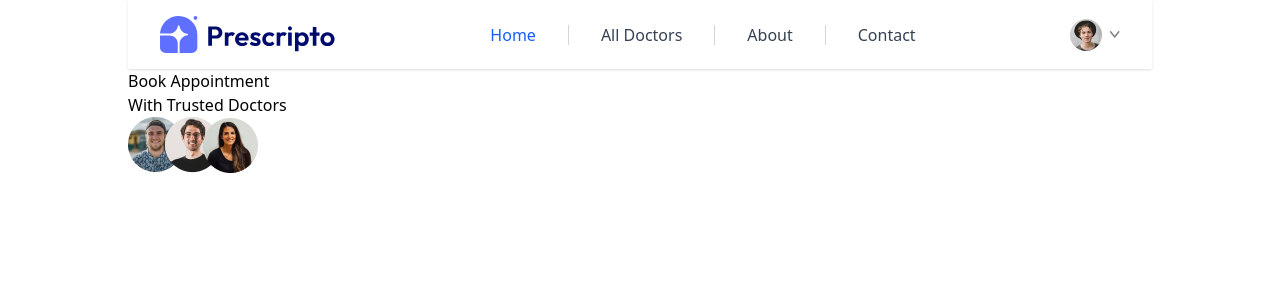
Repository: Pran2535/appointement_booking
Page: / (app in frontend/)
An editor plug-in stored every save of this project. The page is shown before and after the next save, followed by the edit.
The browser window is 1280 px wide. The pictures show the whole page.
The project was rebuilt for these pictures with package versions that can differ from the ones it lists, and the page was loaded fresh each time. Also part of the build but not shown: frontend/vite.config.js, frontend/src/pages/About.jsx, frontend/src/pages/MyAppointments.jsx, frontend/src/pages/Doctors.jsx, frontend/src/pages/Login.jsx, frontend/src/pages/Contact.jsx, frontend/src/pages/MyProfile.jsx, frontend/src/pages/Appointment.jsx.

Above is the page before, as saved 2025-02-16 20:50:04.

### frontend/index.html
<!doctype html>
<html lang="en">
  <head>
    <meta charset="UTF-8" />
    <link rel="icon" type="image/svg+xml" href="/vite.svg" />
    <meta name="viewport" content="width=device-width, initial-scale=1.0" />
    <title>Mishra healthcare</title>
  </head>
  <body>
    <div id="root"></div>
    <script type="module" src="/src/main.jsx"></script>
  </body>
</html>

### frontend/src/main.jsx
import { StrictMode } from 'react'
import { createRoot } from 'react-dom/client'
import './index.css'
import App from './App.jsx'
import { BrowserRouter } from 'react-router-dom'

createRoot(document.getElementById('root')).render(
<BrowserRouter>
    <App />
  </BrowserRouter>,
)

### frontend/src/App.jsx
import React from 'react'
import { Route, Routes } from 'react-router-dom'
import Home from './pages/Home'
import About from './pages/About'
import MyAppointments from './pages/MyAppointments'
import Doctors from './pages/Doctors'
import Login from './pages/Login'
import Contact from './pages/Contact'
import MyProfile from './pages/MyProfile'
import Appointment from './pages/Appointment'
import Navbar from './components/Navbar'

const App = () => {
  return (
    <div className='mx-4 sm:mx-[10%]'>
      <Navbar/>{ /* mounted navbar component before routes so that it gets displayed over the all routes */}
      <Routes>
        <Route path='/' element={<Home />} />
        <Route path='/about' element={<About />} />
        <Route path='/my-appointments' element={<MyAppointments />} />
        <Route path='/doctors' element={<Doctors/>}/>
        <Route path='/doctors/:speciality' element={<Doctors/>}/>
        <Route path ='/login' element={<Login/>}/>
        <Route path='/contact' element={<Contact/>}/>
        <Route path ='/my-profile' element={<MyProfile/>}/>
        <Route path ='/appointments/:docId' element={<Appointment/>}/>
      </Routes>
    </div>
  )
}

export default App

### frontend/src/pages/Home.jsx
import React from 'react'
import Header from '../components/Header'

const Home = () => {
  return (
    <div>
      <Header/>
    </div>
  )
}

export default Home

### frontend/src/components/Navbar.jsx
import React, { useState } from 'react'
import { NavLink, useNavigate } from 'react-router-dom'
import { assets } from '../assets/assets'

const links = [
  { to: '/', label: 'Home' },
  { to: '/doctors', label: 'All Doctors' },
  { to: '/about', label: 'About' },
  { to: '/contact', label: 'Contact' }
]

const Navbar = () => {
  const navigate = useNavigate();
  const [showMenu, setShowMenu]=useState(false);
  const [token,setToken]=useState(true);


  return (
    <nav className="sticky top-0 bg-white shadow-sm z-50">
      <div className="max-w-7xl mx-auto px-4 sm:px-6 lg:px-8 py-4 flex items-center justify-between">
        {/* Logo */}
        <div className="flex-shrink-0">
          <img
            className="w-32 md:w-40 lg:w-44 h-auto cursor-pointer transition-transform hover:scale-105"
            src={assets.logo}
            alt="Company Logo"
          />
        </div>

        {/* Navigation Links */}
        <div className="hidden md:block">
          <ul className="flex items-center space-x-8">
            {links.map((l, i) => (
              <React.Fragment key={l.to}>
                <NavLink
                  to={l.to}
                  className={({ isActive }) =>
                    `font-medium transition-colors duration-200 hover:text-blue-600 ${
                      isActive ? 'text-blue-600' : 'text-gray-700'
                    }`
                  }
                >
                  {l.label}
                </NavLink>
                {i < links.length - 1 && (
                  <div className="h-5 w-px bg-gray-300" aria-hidden="true" />
                )}
              </React.Fragment>
            ))}
          </ul>
        </div>

        {/* CTA Button */}
        <div className="flex items-center gap-4">
            {
                token?
                <div className='flex items-center gap-2 cursor-pointer group relative' >
                    <img className='w-8 rounded-full' src={assets.profile_pic} alt="" />
                    <img className='w-2.5 ' src={assets.dropdown_icon} alt="" />
                    <div className='absolute top-0 right-0 pt-14 text-base font-medium text-gray-600 z-20 hidden group-hover:block'>
                        <div className='min-w-48 bg-stone-100 rounded flex flex-col gap-4 p-4'>
                            <p onClick={()=>navigate('/my-appointments')} className='hover:text-black cursor-pointer'>My Appointments</p>
                            <p onClick={()=>navigate('/my-profile')} className='hover:text-black cursor-pointer'>My Profile</p>
                            <p onClick={()=>setToken(false)} className='hover:text-black cursor-pointer'>Logout</p>
                        </div>
                    </div>
                </div>

                :
                 <button
            onClick={() => navigate('/login')}
            className="hidden cursor-pointer md:block bg-blue-600 hover:bg-blue-700 text-white px-6 py-3 rounded-full font-semibold transition-colors duration-200 focus:outline-none focus:ring-2 focus:ring-blue-500 focus:ring-offset-2 shadow-md"
          >
            Create Account
          </button>
            }

        </div>
      </div>
    </nav>
  )
}

export default Navbar

### frontend/src/components/Header.jsx
import React from 'react'
import {assets} from '../assets/assets'
const Header = () => {
  return (
    <div>
      {/* { left side } */}
      <div className="">
<p>Book Appointment <br /> With Trusted Doctors</p>
<div className="">
    <img src={assets.group_profiles} alt="" />
</div>
      </div>
{/* { right side } */}
<div className="">

</div>
    </div>
  )
}

export default Header

### frontend/src/assets/assets.js
import appointment_img from './appointment_img.png'
import header_img from './header_img.png'
import group_profiles from './group_profiles.png'
import profile_pic from './profile_pic.png'
import contact_image from './contact_image.png'
import about_image from './about_image.png'
import logo from './logo.svg'
import dropdown_icon from './dropdown_icon.svg'
import menu_icon from './menu_icon.svg'
import cross_icon from './cross_icon.png'
import chats_icon from './chats_icon.svg'
import verified_icon from './verified_icon.svg'
import arrow_icon from './arrow_icon.svg'
import info_icon from './info_icon.svg'
import upload_icon from './upload_icon.png'
import stripe_logo from './stripe_logo.png'
import razorpay_logo from './razorpay_logo.png'
import doc1 from './doc1.png'
import doc2 from './doc2.png'
import doc3 from './doc3.png'
import doc4 from './doc4.png'
import doc5 from './doc5.png'
import doc6 from './doc6.png'
import doc7 from './doc7.png'
import doc8 from './doc8.png'
import doc9 from './doc9.png'
import doc10 from './doc10.png'
import doc11 from './doc11.png'
import doc12 from './doc12.png'
import doc13 from './doc13.png'
import doc14 from './doc14.png'
import doc15 from './doc15.png'
import Dermatologist from './Dermatologist.svg'
import Gastroenterologist from './Gastroenterologist.svg'
import General_physician from './General_physician.svg'
import Gynecologist from './Gynecologist.svg'
import Neurologist from './Neurologist.svg'
import Pediatricians from './Pediatricians.svg'


export const assets = {
    appointment_img,
    header_img,
    group_profiles,
    logo,
    chats_icon,
    verified_icon,
    info_icon,
    profile_pic,
    arrow_icon,
    contact_image,
    about_image,
    menu_icon,
    cross_icon,
    dropdown_icon,
    upload_icon,
    stripe_logo,
    razorpay_logo
}

export const specialityData = [
    {
        speciality: 'General physician',
        image: General_physician
    },
    {
        speciality: 'Gynecologist',
        image: Gynecologist
    },
    {
        speciality: 'Dermatologist',
        image: Dermatologist
    },
    {
        speciality: 'Pediatricians',
        image: Pediatricians
    },
    {
        speciality: 'Neurologist',
        image: Neurologist
    },
    {
        speciality: 'Gastroenterologist',
        image: Gastroenterologist
    },
]

export const doctors = [
    {
        _id: 'doc1',
        name: 'Dr. Richard James',
        image: doc1,
        speciality: 'General physician',
        degree: 'MBBS',
        experience: '4 Years',
        about: 'Dr. Davis has a strong commitment to delivering comprehensive medical care, focusing on preventive medicine, early diagnosis, and effective treatment strategies. Dr. Davis has a strong commitment to delivering comprehensive medical care, focusing on preventive medicine, early diagnosis, and effective treatment strategies.',
        fees: 50,
        address: {
            line1: '17th Cross, Richmond',
            line2: 'Circle, Ring Road, London'
        }
    },
    {
        _id: 'doc2',
        name: 'Dr. Emily Larson',
        image: doc2,
        speciality: 'Gynecologist',
        degree: 'MBBS',
        experience: '3 Years',
        about: 'Dr. Davis has a strong commitment to delivering comprehensive medical care, focusing on preventive medicine, early diagnosis, and effective treatment strategies. Dr. Davis has a strong commitment to delivering comprehensive medical care, focusing on preventive medicine, early diagnosis, and effective treatment strategies.',
        fees: 60,
        address: {
            line1: '27th Cross, Richmond',
            line2: 'Circle, Ring Road, London'
        }
    },
    {
        _id: 'doc3',
        name: 'Dr. Sarah Patel',
        image: doc3,
        speciality: 'Dermatologist',
        degree: 'MBBS',
        experience: '1 Years',
        about: 'Dr. Davis has a strong commitment to delivering comprehensive medical care, focusing on preventive medicine, early diagnosis, and effective treatment strategies. Dr. Davis has a strong commitment to delivering comprehensive medical care, focusing on preventive medicine, early diagnosis, and effective treatment strategies.',
        fees: 30,
        address: {
            line1: '37th Cross, Richmond',
            line2: 'Circle, Ring Road, London'
        }
    },
    {
        _id: 'doc4',
        name: 'Dr. Christopher Lee',
        image: doc4,
        speciality: 'Pediatricians',
        degree: 'MBBS',
        experience: '2 Years',
        about: 'Dr. Davis has a strong commitment to delivering comprehensive medical care, focusing on preventive medicine, early diagnosis, and effective treatment strategies. Dr. Davis has a strong commitment to delivering comprehensive medical care, focusing on preventive medicine, early diagnosis, and effective treatment strategies.',
        fees: 40,
        address: {
            line1: '47th Cross, Richmond',
            line2: 'Circle, Ring Road, London'
        }
    },
    {
        _id: 'doc5',
        name: 'Dr. Jennifer Garcia',
        image: doc5,
        speciality: 'Neurologist',
        degree: 'MBBS',
        experience: '4 Years',
        about: 'Dr. Davis has a strong commitment to delivering comprehensive medical care, focusing on preventive medicine, early diagnosis, and effective treatment strategies. Dr. Davis has a strong commitment to delivering comprehensive medical care, focusing on preventive medicine, early diagnosis, and effective treatment strategies.',
        fees: 50,
        address: {
            line1: '57th Cross, Richmond',
            line2: 'Circle, Ring Road, London'
        }
    },
    {
        _id: 'doc6',
        name: 'Dr. Andrew Williams',
        image: doc6,
        speciality: 'Neurologist',
        degree: 'MBBS',
        experience: '4 Years',
        about: 'Dr. Davis has a strong commitment to delivering comprehensive medical care, focusing on preventive medicine, early diagnosis, and effective treatment strategies. Dr. Davis has a strong commitment to delivering comprehensive medical care, focusing on preventive medicine, early diagnosis, and effective treatment strategies.',
        fees: 50,
        address: {
            line1: '57th Cross, Richmond',
            line2: 'Circle, Ring Road, London'
        }
    },
    {
        _id: 'doc7',
        name: 'Dr. Christopher Davis',
        image: doc7,
        speciality: 'General physician',
        degree: 'MBBS',
        experience: '4 Years',
        about: 'Dr. Davis has a strong commitment to delivering comprehensive medical care, focusing on preventive medicine, early diagnosis, and effective treatment strategies. Dr. Davis has a strong commitment to delivering comprehensive medical care, focusing on preventive medicine, early diagnosis, and effective treatment strategies.',
        fees: 50,
        address: {
            line1: '17th Cross, Richmond',
            line2: 'Circle, Ring Road, London'
        }
    },
    {
        _id: 'doc8',
        name: 'Dr. Timothy White',
        image: doc8,
        speciality: 'Gynecologist',
        degree: 'MBBS',
        experience: '3 Years',
        about: 'Dr. Davis has a strong commitment to delivering comprehensive medical care, focusing on preventive medicine, early diagnosis, and effective treatment strategies. Dr. Davis has a strong commitment to delivering comprehensive medical care, focusing on preventive medicine, early diagnosis, and effective treatment strategies.',
        fees: 60,
        address: {
            line1: '27th Cross, Richmond',
            line2: 'Circle, Ring Road, London'
        }
    },
    {
        _id: 'doc9',
        name: 'Dr. Ava Mitchell',
        image: doc9,
        speciality: 'Dermatologist',
        degree: 'MBBS',
        experience: '1 Years',
        about: 'Dr. Davis has a strong commitment to delivering comprehensive medical care, focusing on preventive medicine, early diagnosis, and effective treatment strategies. Dr. Davis has a strong commitment to delivering comprehensive medical care, focusing on preventive medicine, early diagnosis, and effective treatment strategies.',
        fees: 30,
        address: {
            line1: '37th Cross, Richmond',
            line2: 'Circle, Ring Road, London'
        }
    },
    {
        _id: 'doc10',
        name: 'Dr. Jeffrey King',
        image: doc10,
        speciality: 'Pediatricians',
        degree: 'MBBS',
        experience: '2 Years',
        about: 'Dr. Davis has a strong commitment to delivering comprehensive medical care, focusing on preventive medicine, early diagnosis, and effective treatment strategies. Dr. Davis has a strong commitment to delivering comprehensive medical care, focusing on preventive medicine, early diagnosis, and effective treatment strategies.',
        fees: 40,
        address: {
            line1: '47th Cross, Richmond',
            line2: 'Circle, Ring Road, London'
        }
    },
    {
        _id: 'doc11',
        name: 'Dr. Zoe Kelly',
        image: doc11,
        speciality: 'Neurologist',
        degree: 'MBBS',
        experience: '4 Years',
        about: 'Dr. Davis has a strong commitment to delivering comprehensive medical care, focusing on preventive medicine, early diagnosis, and effective treatment strategies. Dr. Davis has a strong commitment to delivering comprehensive medical care, focusing on preventive medicine, early diagnosis, and effective treatment strategies.',
        fees: 50,
        address: {
            line1: '57th Cross, Richmond',
            line2: 'Circle, Ring Road, London'
        }
    },
    {
        _id: 'doc12',
        name: 'Dr. Patrick Harris',
        image: doc12,
        speciality: 'Neurologist',
        degree: 'MBBS',
        experience: '4 Years',
        about: 'Dr. Davis has a strong commitment to delivering comprehensive medical care, focusing on preventive medicine, early diagnosis, and effective treatment strategies. Dr. Davis has a strong commitment to delivering comprehensive medical care, focusing on preventive medicine, early diagnosis, and effective treatment strategies.',
        fees: 50,
        address: {
            line1: '57th Cross, Richmond',
            line2: 'Circle, Ring Road, London'
        }
    },
    {
        _id: 'doc13',
        name: 'Dr. Chloe Evans',
        image: doc13,
        speciality: 'General physician',
        degree: 'MBBS',
        experience: '4 Years',
        about: 'Dr. Davis has a strong commitment to delivering comprehensive medical care, focusing on preventive medicine, early diagnosis, and effective treatment strategies. Dr. Davis has a strong commitment to delivering comprehensive medical care, focusing on preventive medicine, early diagnosis, and effective treatment strategies.',
        fees: 50,
        address: {
            line1: '17th Cross, Richmond',
            line2: 'Circle, Ring Road, London'
        }
    },
    {
        _id: 'doc14',
        name: 'Dr. Ryan Martinez',
        image: doc14,
        speciality: 'Gynecologist',
        degree: 'MBBS',
        experience: '3 Years',
        about: 'Dr. Davis has a strong commitment to delivering comprehensive medical care, focusing on preventive medicine, early diagnosis, and effective treatment strategies. Dr. Davis has a strong commitment to delivering comprehensive medical care, focusing on preventive medicine, early diagnosis, and effective treatment strategies.',
        fees: 60,
        address: {
            line1: '27th Cross, Richmond',
            line2: 'Circle, Ring Road, London'
        }
    },
    {
        _id: 'doc15',
        name: 'Dr. Amelia Hill',
        image: doc15,
        speciality: 'Dermatologist',
        degree: 'MBBS',
        experience: '1 Years',
        about: 'Dr. Davis has a strong commitment to delivering comprehensive medical care, focusing on preventive medicine, early diagnosis, and effective treatment strategies. Dr. Davis has a strong commitment to delivering comprehensive medical care, focusing on preventive medicine, early diagnosis, and effective treatment strategies.',
        fees: 30,
        address: {
            line1: '37th Cross, Richmond',
            line2: 'Circle, Ring Road, London'
        }
    },
]

Loaded but not shown: frontend/src/index.css (common file)

After the next save:
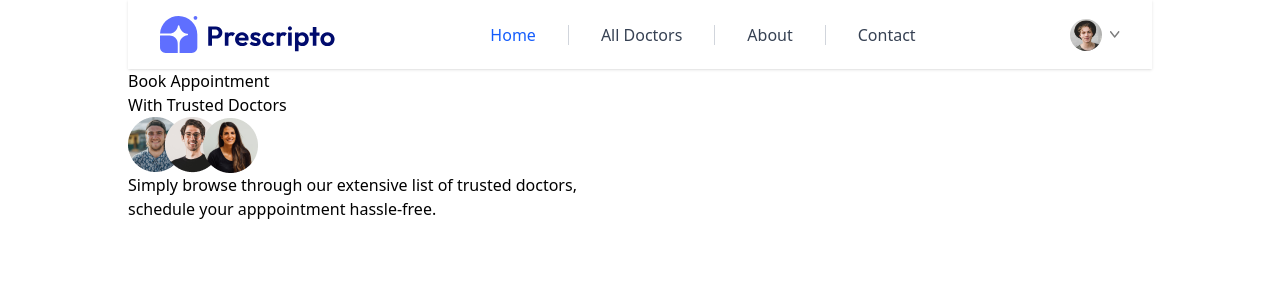
Saved 85 s later.
--- a/frontend/src/components/Header.jsx
+++ b/frontend/src/components/Header.jsx
@@ -8,6 +8,9 @@ const Header = () => {
 <p>Book Appointment <br /> With Trusted Doctors</p>
 <div className="">
     <img src={assets.group_profiles} alt="" />
+    <p> Simply browse through our extensive list of trusted doctors,
+        <br /> schedule your apppointment hassle-free.
+    </p>
 </div>
       </div>
 {/* { right side } */}
